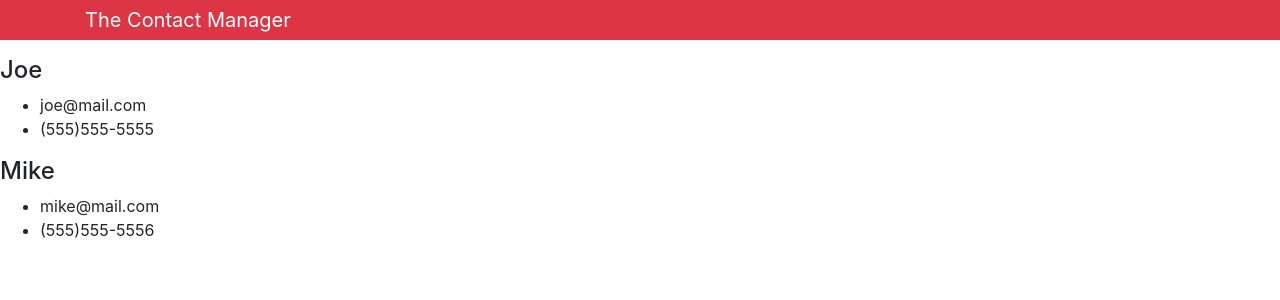
Repository: MikeTroianello/Contact-Manager
Page: /
The author's editor kept a copy of each file at every save. The page is drawn from the files as they stood at one save, then again after the next save.
The browser window is 1280 px wide. The pictures show the whole page.
The project was rebuilt for these pictures with package versions that can differ from the ones it lists, and the page was loaded fresh each time. Also part of the build but not shown: src/App.css.

Above is the page before, as saved 2019-05-19 00:28:24.

### src/App.js
import React from "react";
import Contact from "./components/Contact";
import Header from "./components/Header";

import "bootstrap/dist/css/bootstrap.min.css";
import "./App.css";

function App() {
  return (
    <div className="App">
      <Header branding="The Contact Manager" />
      <Contact name="Joe" email="joe@mail.com" phone="(555)555-5555" />
      <Contact name="Mike" email="mike@mail.com" phone="(555)555-5556" />
    </div>
  );
}

export default App;

### src/components/Contact.js
import React, { Component } from "react";
import PropTypes from "prop-types";

class Contact extends Component {
  render() {
    const { name, email, phone } = this.props;
    return (
      <div>
        <h4>{name}</h4>
        <ul>
          <li>{email}</li>
          <li>{phone}</li>
        </ul>
      </div>
    );
  }
}

Contact.propTypes = {
  name: PropTypes.string.isRequired,
  email: PropTypes.string.isRequired,
  phone: PropTypes.string.isRequired
};

export default Contact;

### src/components/Header.js
import React from "react";
import PropTypes from "prop-types";

const Header = props => {
  const { branding } = props;
  return (
    <nav className="navbar navbar-expand-sm navbar-dark bg-danger mb-3 py-0">
      <div className="container">
        <a href="/" className="navbar-brand">
          {branding}
        </a>
        <div>
          <ul className="navbar-nav mr-auto" />
        </div>
      </div>
    </nav>
  );
};

Header.defaultProps = {
  branding: "My App"
};

Header.propTypes = {
  branding: PropTypes.string.isRequired
};

export default Header;

Loaded but not shown: src/index.js (common file); src/serviceWorker.js (common file)

After the next save:
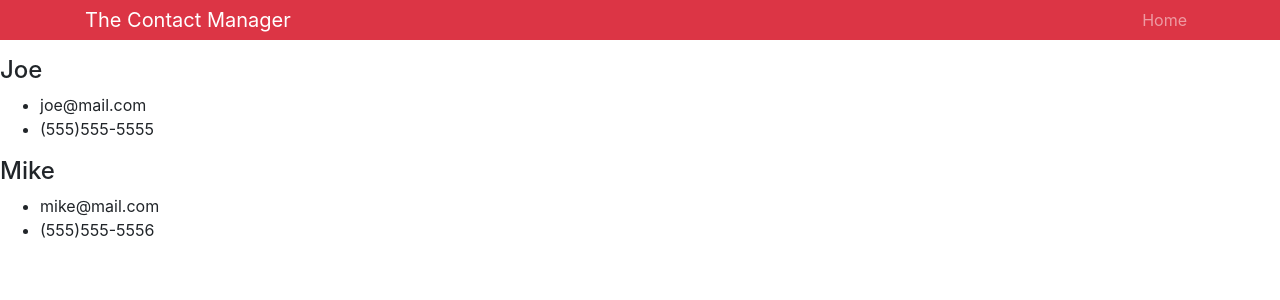
Saved 8 min 59 s later.
--- a/src/components/Header.js
+++ b/src/components/Header.js
@@ -10,7 +10,11 @@ const Header = props => {
           {branding}
         </a>
         <div>
-          <ul className="navbar-nav mr-auto" />
+          <ul className="navbar-nav mr-auto">
+            <a href="/" className="nav-link">
+              Home
+            </a>
+          </ul>
         </div>
       </div>
     </nav>
